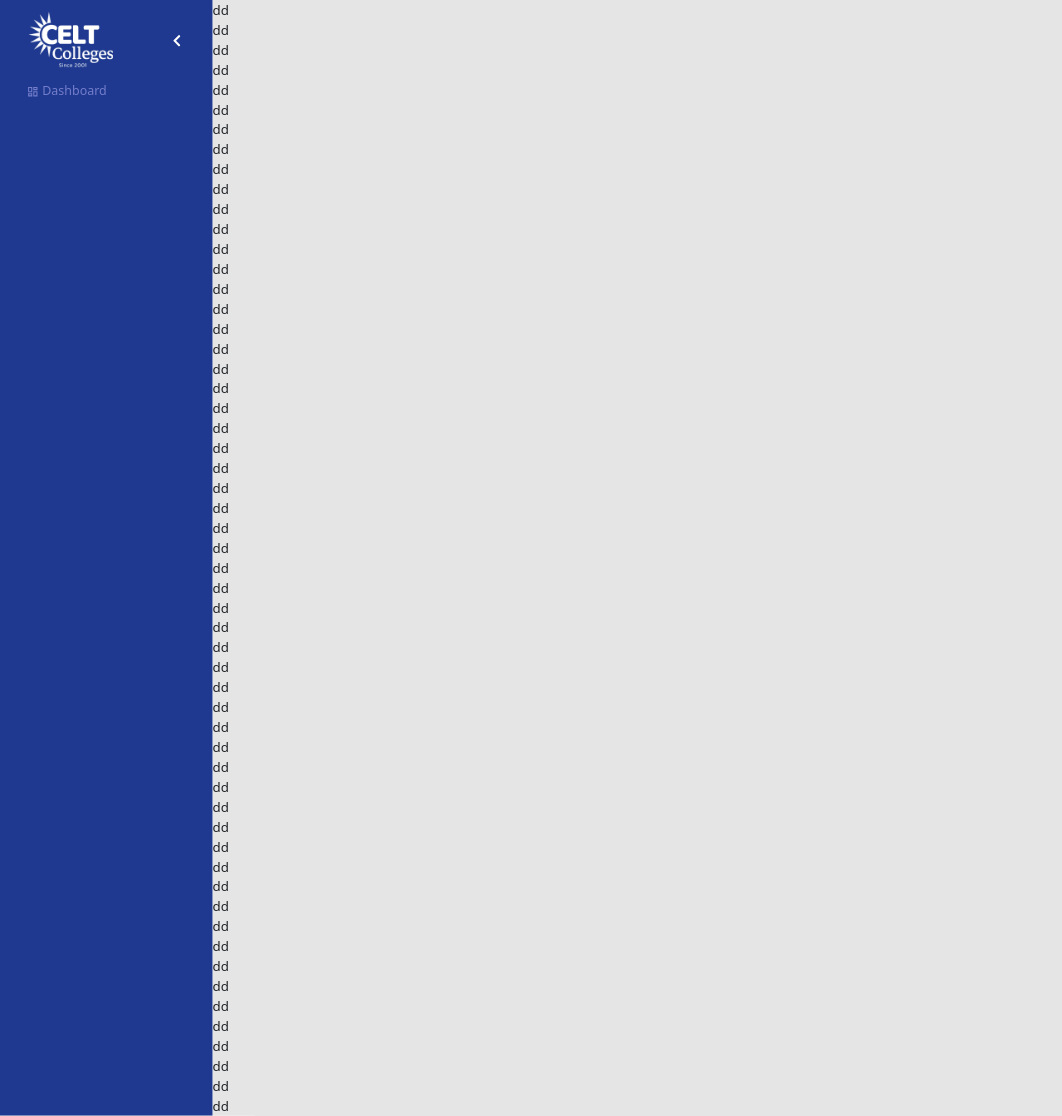
Repository: aydinws/celtapp
Page: /
The author's editor kept a copy of each file at every save. The page is drawn from the files as they stood at one save, then again after the next save.
The browser window is 1280 px wide. The pictures show the whole page, at 83% of full size.
The project was rebuilt for these pictures with package versions that can differ from the ones it lists, and the page was loaded fresh each time.

Above is the page before, as saved 2021-06-07 21:16:45.

After the next save:
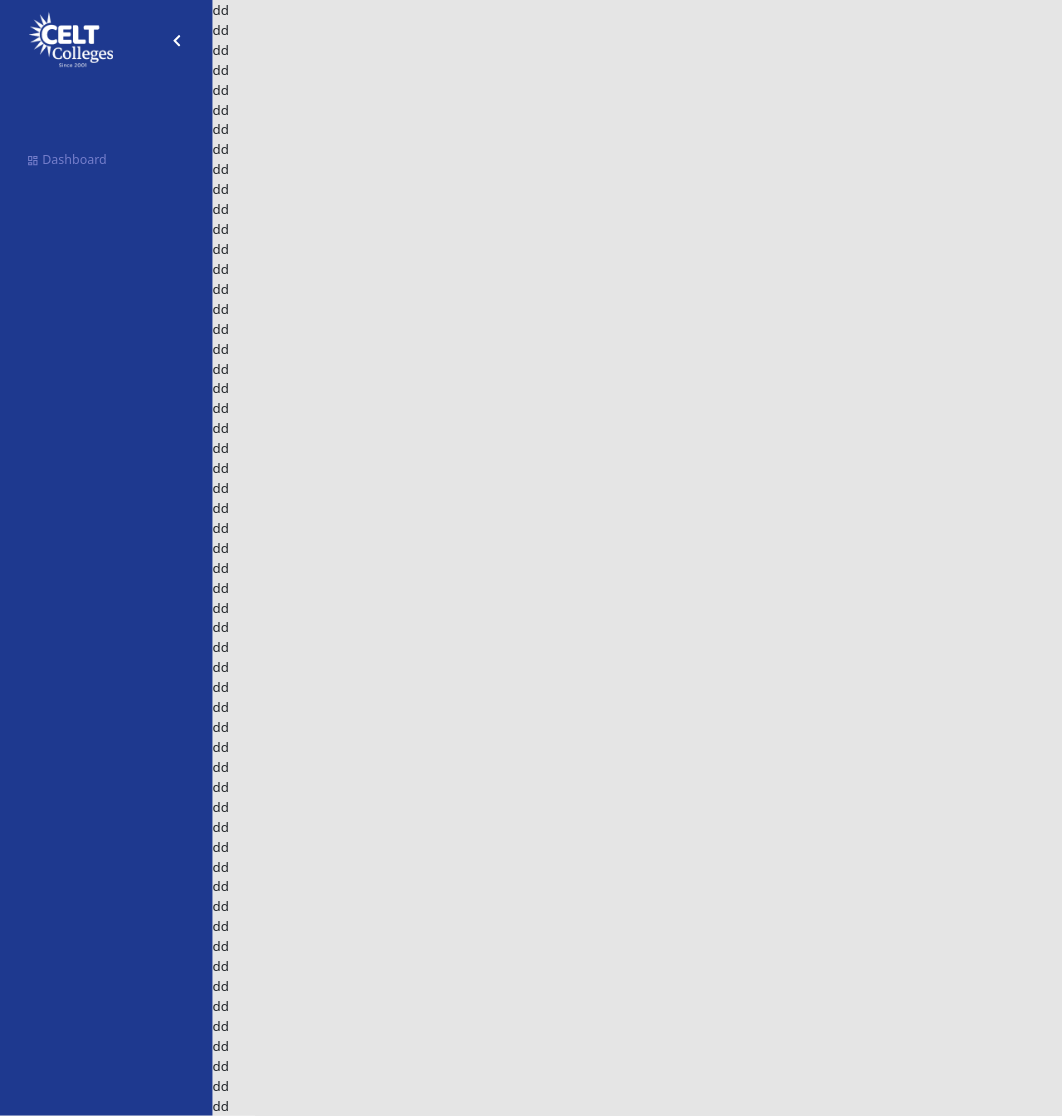
Saved 52 s later.
--- a/src/components/SideBar/index.scss
+++ b/src/components/SideBar/index.scss
@@ -22,6 +22,10 @@
     }
 
     .side-bar-content-body {
+        ul {
+            margin-top: 83px;
+        }
+
         svg {
             fill: $blueTextColor;
         }
